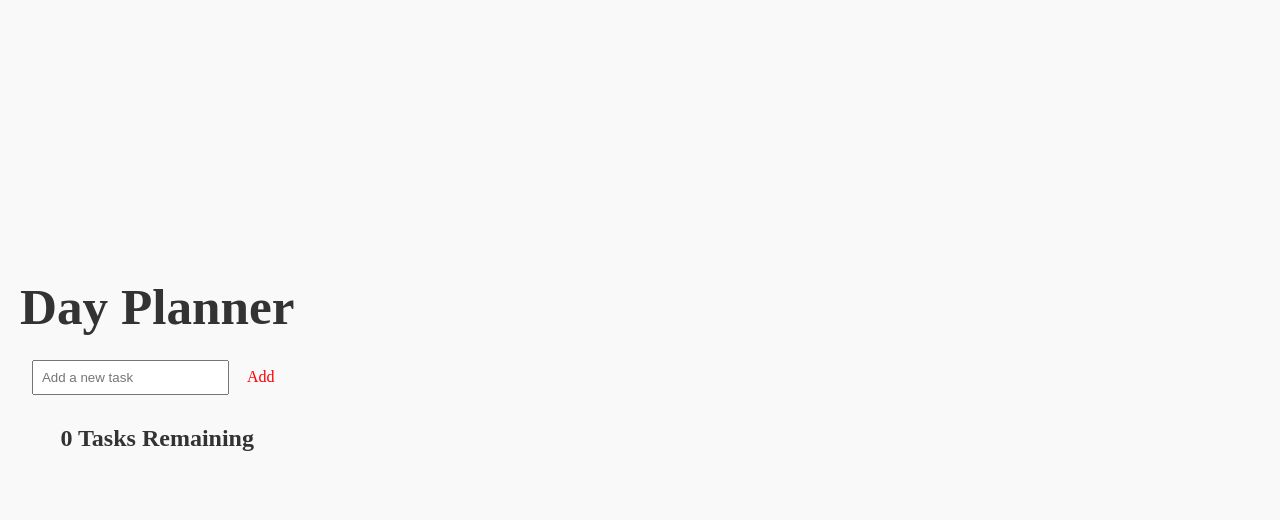
Repository: GavinPahal/Lab7
Page: /
An editor plug-in stored every save of this project. The page is shown before and after the next save, followed by the edit.
The browser window is 1280 px wide. The pictures show the whole page.
The project was rebuilt for these pictures with package versions that can differ from the ones it lists, and the page was loaded fresh each time. Also part of the build but not shown: vite.config.js, src/components/Task.jsx.

Above is the page before, as saved 2024-10-23 16:45:43.

After the next save:
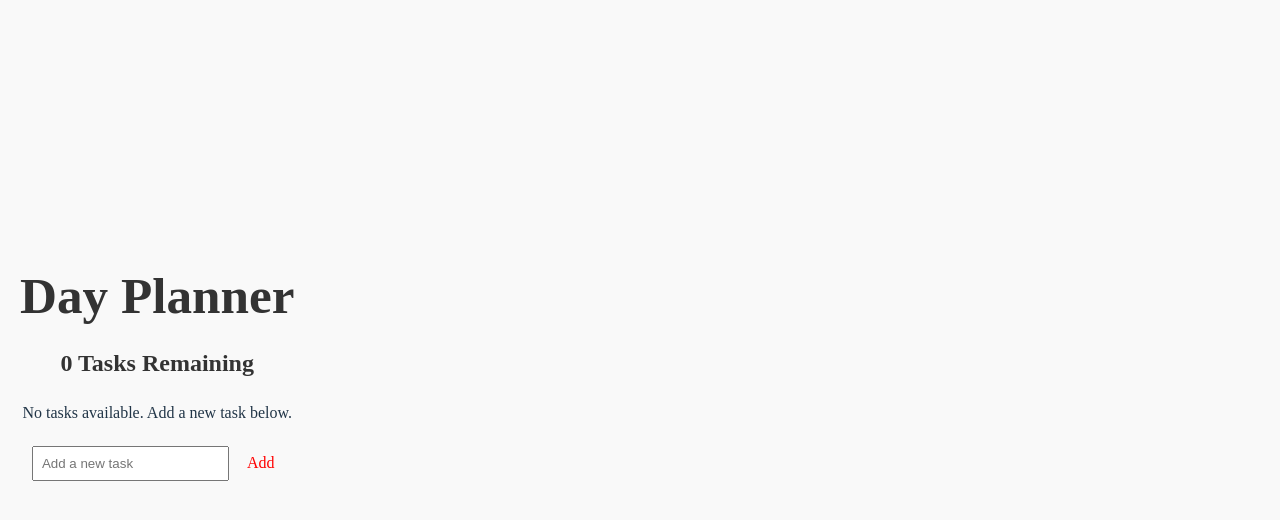
Saved 105 s later.
--- a/src/App.jsx
+++ b/src/App.jsx
@@ -30,19 +30,23 @@ function App() {
   return (
     <div className="app">
       <h1>Day Planner</h1>
-      <TaskForm addTask={addTask} />
       <h2>{pendingTasks} Tasks Remaining</h2>
       <div className="task-list">
-        {tasks.map((task, index) => (
-          <Task
-            key={index}
-            index={index}
-            task={task}
-            toggleTask={toggleTask}
-            deleteTask={deleteTask}
-          />
-        ))}
+        {tasks.length > 0 ? (
+          tasks.map((task, index) => (
+            <Task
+              key={index}
+              index={index}
+              task={task}
+              toggleTask={toggleTask}
+              deleteTask={deleteTask}
+            />
+          ))
+        ) : (
+          <p>No tasks available. Add a new task below.</p>
+        )}
       </div>
+      <TaskForm addTask={addTask} />
     </div>
   );
 }
